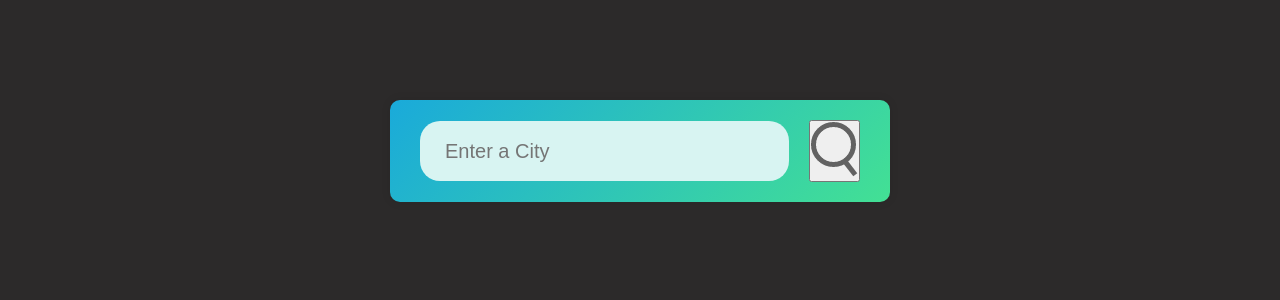
Repository: Haakim19/weatherApp
Page: index.html
An editor plug-in stored every save of this project. The page is shown before and after the next save, followed by the edit.
The browser window is 1280 px wide. The pictures show the whole page.

Above is the page before, as saved 2024-11-16 21:06:50.

After the next save:
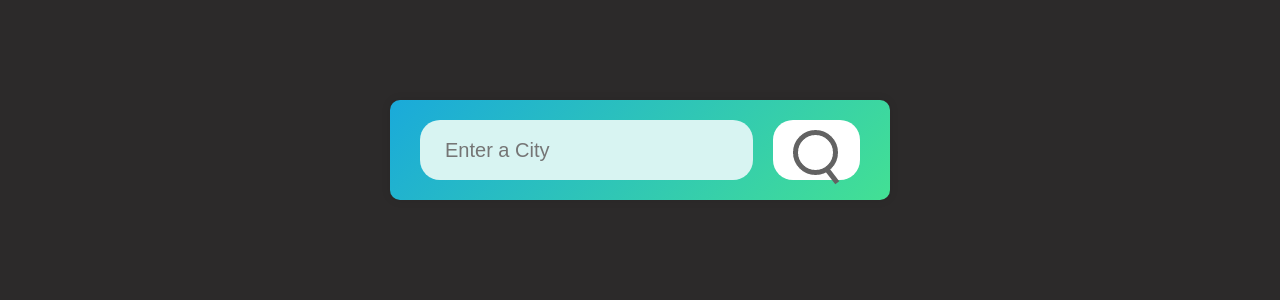
Saved 20 s later.
--- a/style.css
+++ b/style.css
@@ -36,3 +36,13 @@ body{
     font-size: 20px;
     height: 60px;
 }
+.search button{
+    border:0;
+    outline:0;
+    background: #fff;
+    padding: 10px 20px;
+    border-radius: 20px;
+    font-size: 20px;
+    cursor: pointer;
+    height: 60px;
+}
